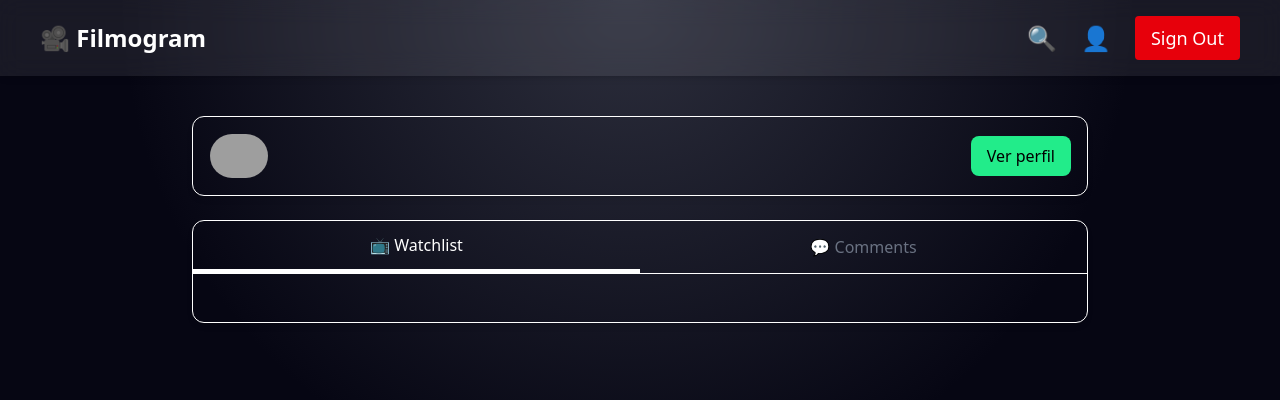
Repository: Leoonard1507/proyecto-final
Page: /client-profile
The author's editor kept a copy of each file at every save. The page is drawn from the files as they stood at one save, then again after the next save.
The browser window is 1280 px wide. The pictures show the whole page.
Pictures or frames that could not be fetched are drawn as grey boxes. The page's requests for data from a server got no answer. The project was rebuilt for these pictures with package versions that can differ from the ones it lists, and the page was loaded fresh each time. The framework's server and built-in components were replaced by stand-ins that run in the browser. No one was signed in, and anything a server would have sent is missing. Also part of the build but not shown: next.config.ts, src/app/components/profileSections/userWatchlist.tsx, src/app/components/profileSections/userComments.tsx, src/libs/axios.ts, src/app/components/profileSections/searchFavsEdit.tsx, src/app/components/profileSections/addFavoritesModal.tsx, src/app/components/profileSections/FavMoviesList.tsx.

Above is the page before, as saved 2025-05-23 14:39:52.

After the next save:
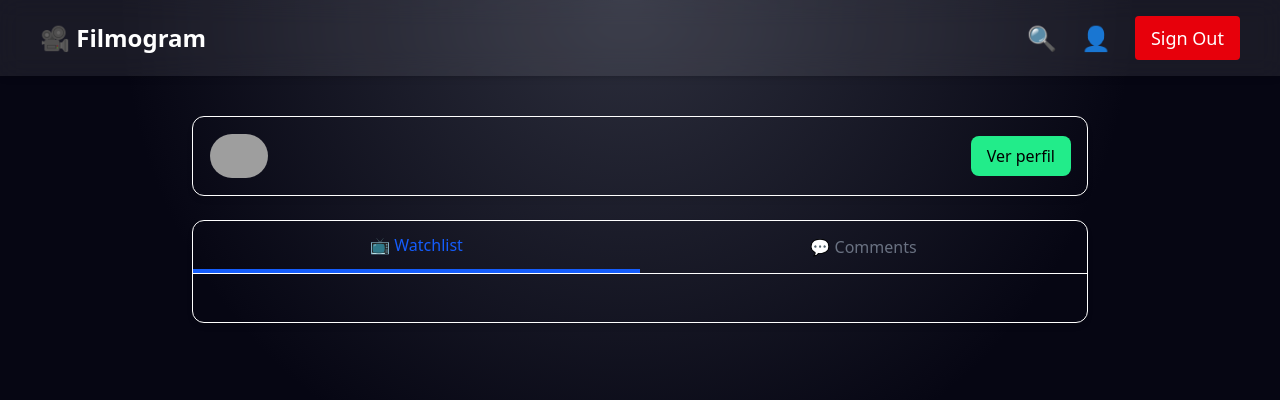
Saved 10 s later.
--- a/src/app/client-profile/page.tsx
+++ b/src/app/client-profile/page.tsx
@@ -171,7 +171,7 @@ export default function ProfilePage() {
           <div className="flex border-b">
             <button
               onClick={() => setActiveTab('watchlist')}
-              className={`flex-1 py-3 text-center font-medium ${activeTab === 'watchlist' ? 'border-b-4 border-#22ec8a text-#22ec8a' : 'text-gray-500 hover:text-blue-600'}`}
+              className={`flex-1 py-3 text-center font-medium ${activeTab === 'watchlist' ? 'border-b-4 border-blue-600 text-blue-600' : 'text-gray-500 hover:text-blue-600'}`}
             >
               📺 Watchlist
             </button>
